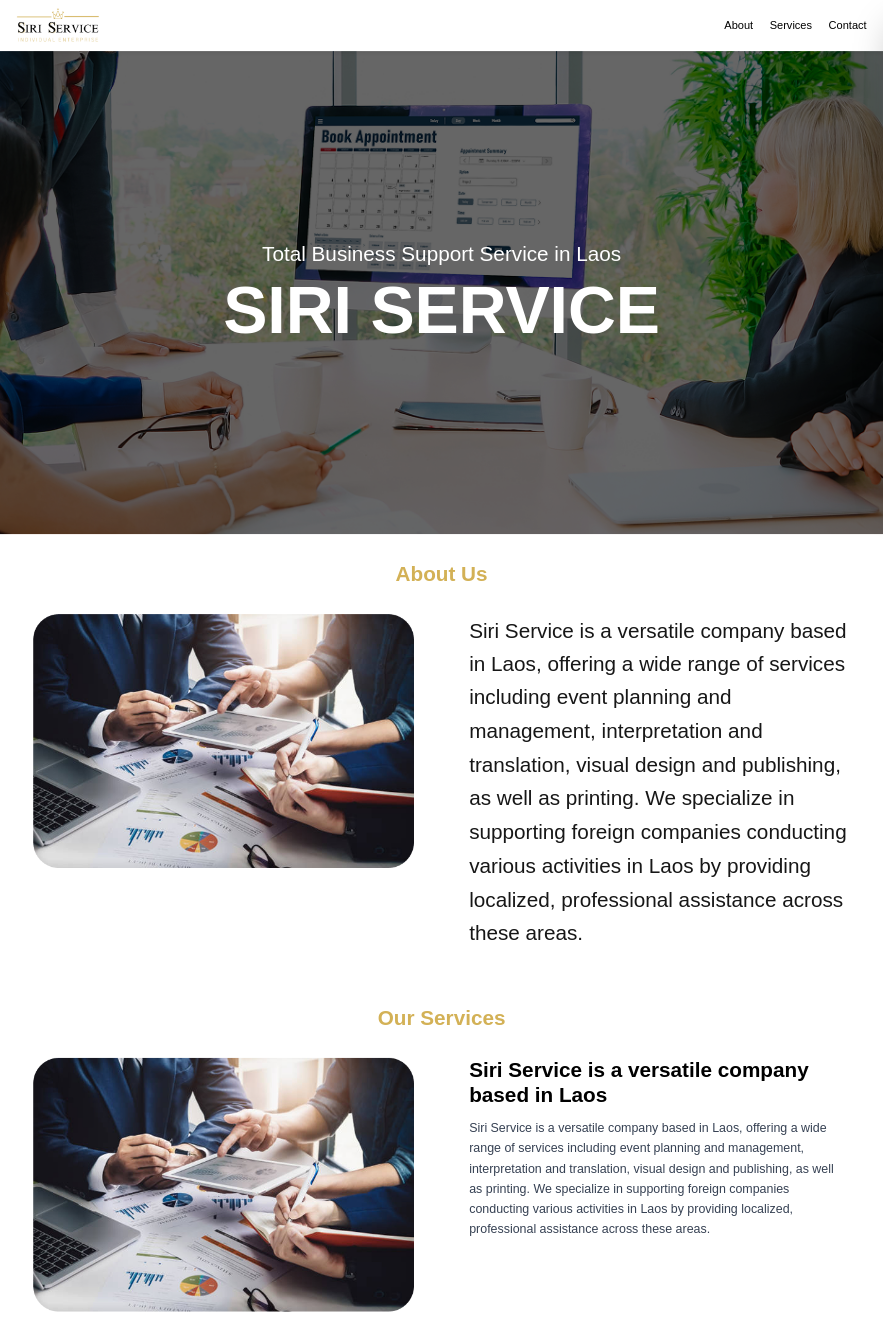
Repository: Phailin-teamplate/siri-service-web
Page: /
These files come from the project's save history. The page is drawn as it stood at one moment and after the next save; the edit follows.
The browser window is 1280 px wide. The pictures show the whole page, at 69% of full size.
The project was rebuilt for these pictures with package versions that can differ from the ones it lists, and the page was loaded fresh each time. The framework's server and built-in components were replaced by stand-ins that run in the browser. Also part of the build but not shown: next.config.ts.

Above is the page before, as saved 2025-07-02 14:29:59.

After the next save:
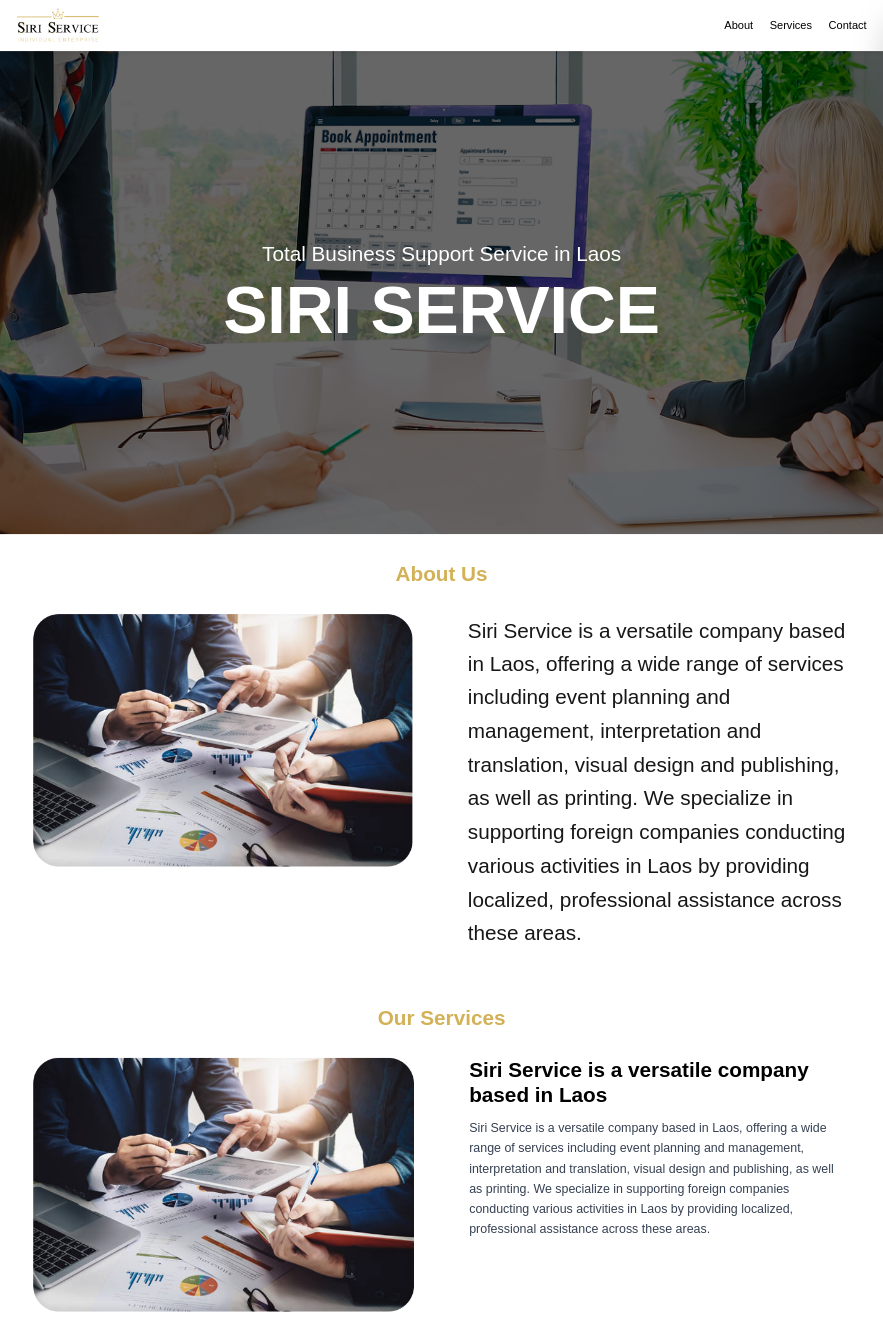
Saved 15 s later.
--- a/src/components/About.tsx
+++ b/src/components/About.tsx
@@ -22,7 +22,7 @@
       {/* Content: Image + Text */}
     <div className="flex flex-col md:flex-row items-start justify-center gap-12 md:gap-20">
   {/* Image */}
-  <div className="w-full max-w-[650px] ">
+  <div className="w-full max-w-[550px] ">
     <Image
       src={AboutSV}
       alt="About"

After the save that followed:
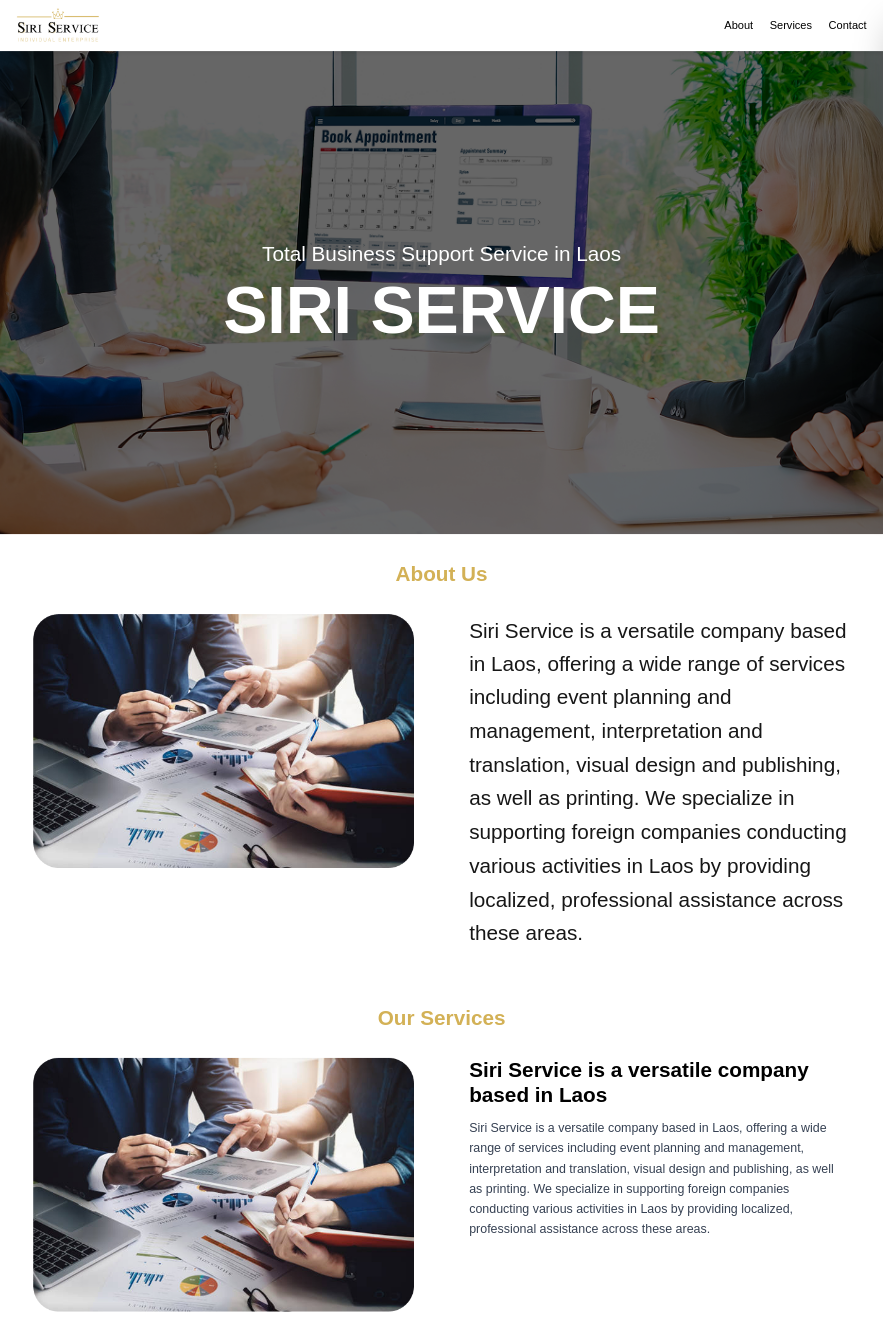
Saved 11 s later.
--- a/src/components/About.tsx
+++ b/src/components/About.tsx
@@ -22,7 +22,7 @@
       {/* Content: Image + Text */}
     <div className="flex flex-col md:flex-row items-start justify-center gap-12 md:gap-20">
   {/* Image */}
-  <div className="w-full max-w-[550px] ">
+  <div className="w-full max-w-[560px] ">
     <Image
       src={AboutSV}
       alt="About"
